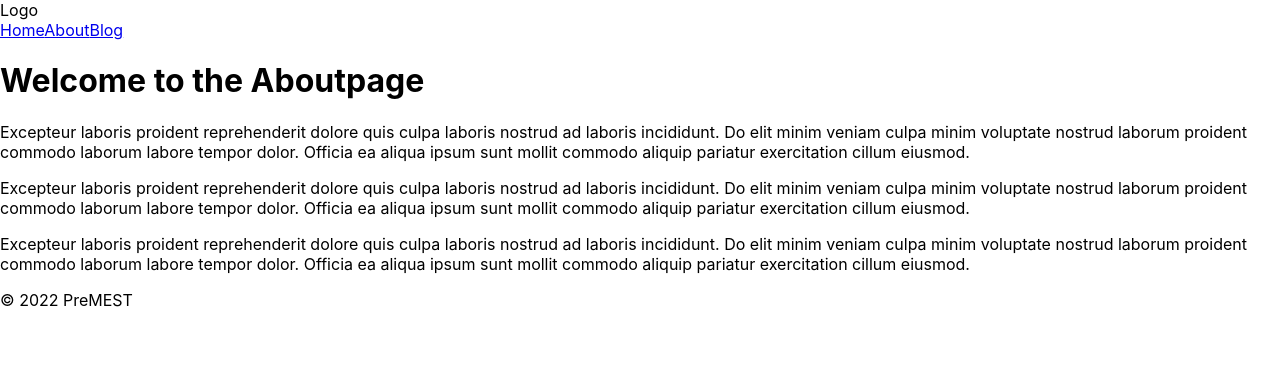
Repository: bayorwor/premest-router
Page: /about
These files come from the project's save history. The page is drawn as it stood at one moment and after the next save; the edit follows.
The browser window is 1280 px wide. The pictures show the whole page.
The project was rebuilt for these pictures with package versions that can differ from the ones it lists, and the page was loaded fresh each time. Also part of the build but not shown: src/pages/Home.js, src/pages/Blog.js.

Above is the page before, as saved 2022-04-01 09:50:13.

After the next save:
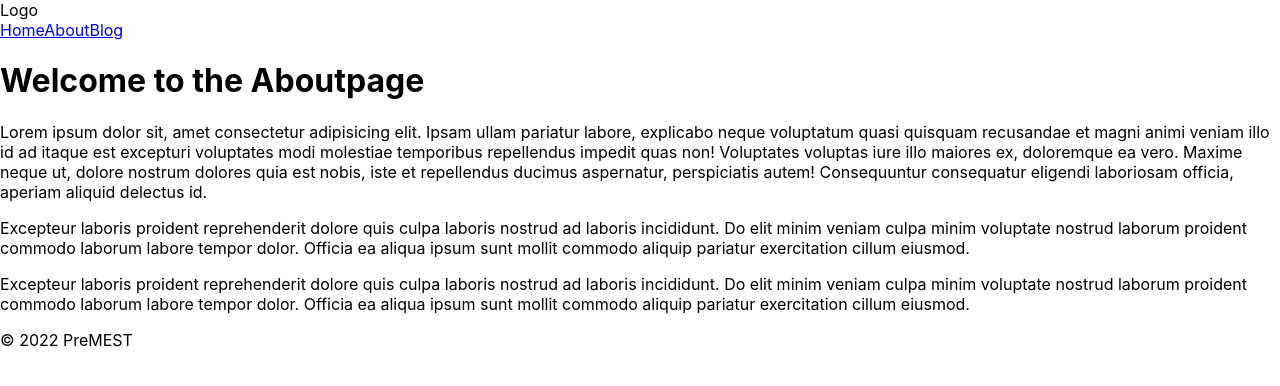
Saved 26 s later.
--- a/src/pages/About.js
+++ b/src/pages/About.js
@@ -7,11 +7,14 @@ function About() {
 
       <div>
         <p>
-          Excepteur laboris proident reprehenderit dolore quis culpa laboris
-          nostrud ad laboris incididunt. Do elit minim veniam culpa minim
-          voluptate nostrud laborum proident commodo laborum labore tempor
-          dolor. Officia ea aliqua ipsum sunt mollit commodo aliquip pariatur
-          exercitation cillum eiusmod.
+          Lorem ipsum dolor sit, amet consectetur adipisicing elit. Ipsam ullam
+          pariatur labore, explicabo neque voluptatum quasi quisquam recusandae
+          et magni animi veniam illo id ad itaque est excepturi voluptates modi
+          molestiae temporibus repellendus impedit quas non! Voluptates voluptas
+          iure illo maiores ex, doloremque ea vero. Maxime neque ut, dolore
+          nostrum dolores quia est nobis, iste et repellendus ducimus
+          aspernatur, perspiciatis autem! Consequuntur consequatur eligendi
+          laboriosam officia, aperiam aliquid delectus id.
         </p>
         <p>
           Excepteur laboris proident reprehenderit dolore quis culpa laboris
